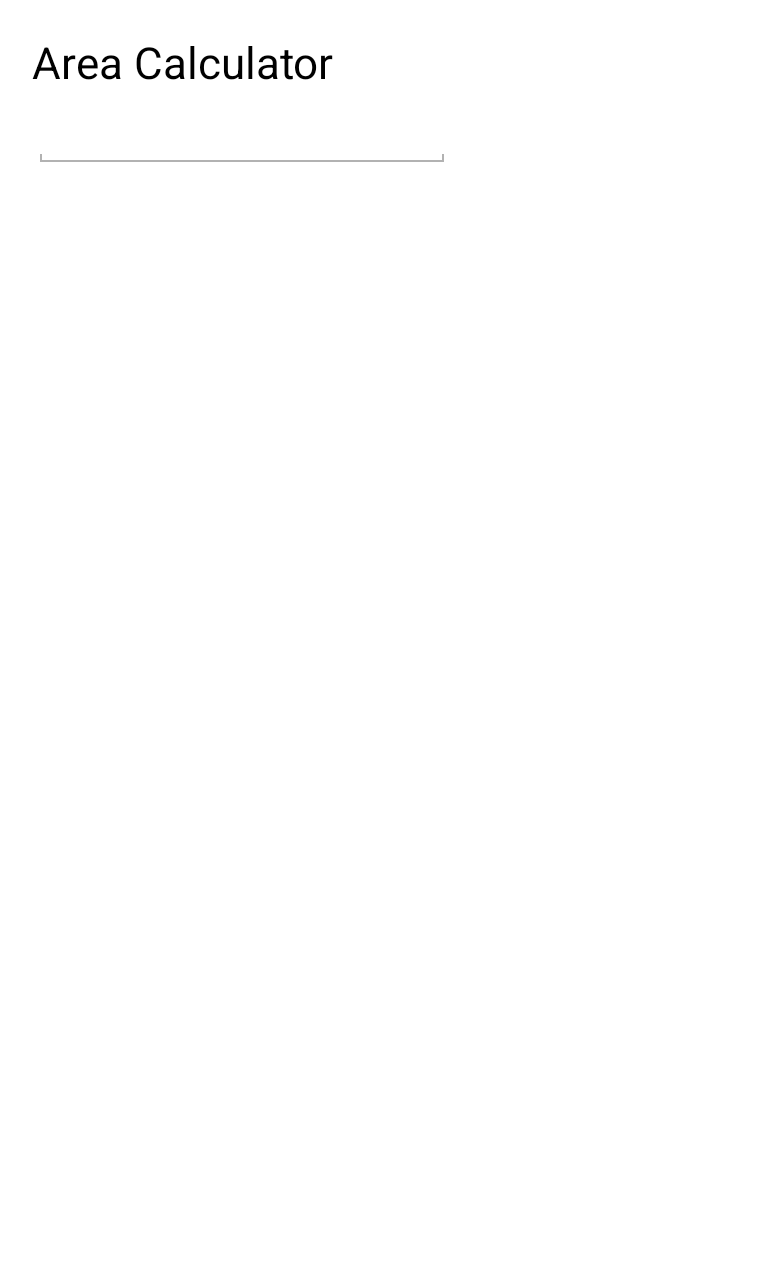
Repository: wedini/Android
Layout: workspace/Calculator/res/layout/activity_main.xml
The author's editor kept a copy of each file at every save. The layout is drawn from the files as they stood at one save, then again after the next save.
It is drawn on a 768 x 1280 px phone screen (xhdpi) without system bars, with theme AppTheme; the app's code is not run.

Above is the layout before, as saved 2013-03-25 21:15:06.

After the next save:
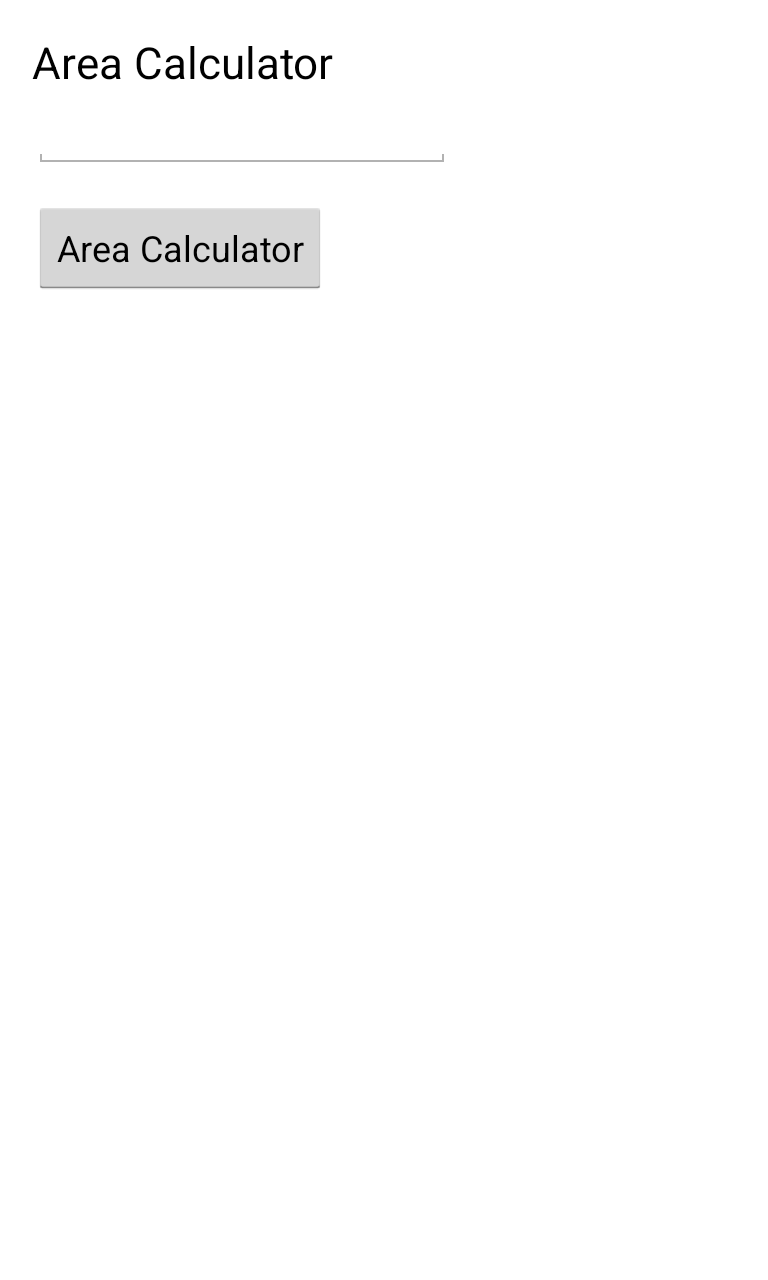
Saved 59 s later.
--- a/workspace/Calculator/res/layout/activity_main.xml
+++ b/workspace/Calculator/res/layout/activity_main.xml
@@ -26,4 +26,13 @@
         android:ems="10"
         android:inputType="numberDecimal" />
 
+    <Button
+        android:id="@+id/button1"
+        android:layout_width="wrap_content"
+        android:layout_height="wrap_content"
+        android:layout_alignLeft="@+id/editText1"
+        android:layout_below="@+id/editText1"
+        android:layout_marginTop="15dp"
+        android:text="Area Calculator" />
+
 </RelativeLayout>
